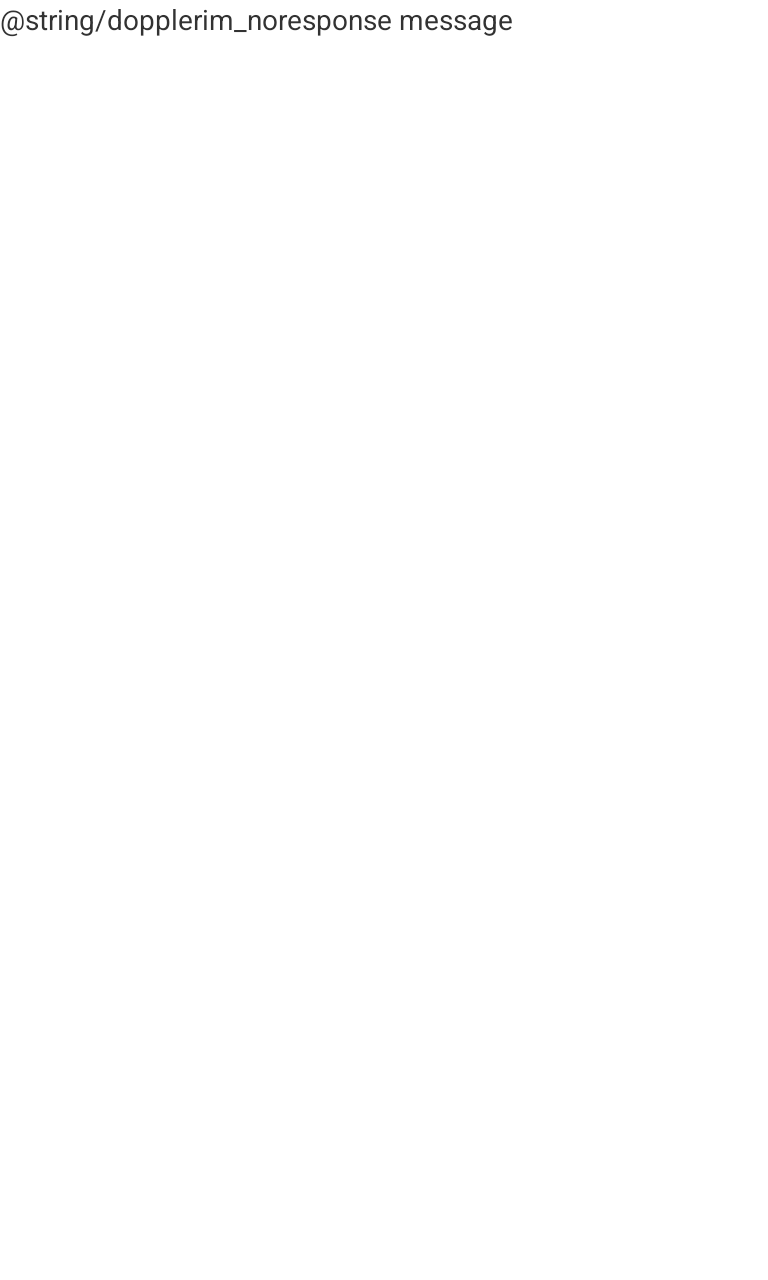
Repository: Pradeep-appstute/First
Layout: Control/res/layout/dopplerim_no_response_view.xml
An editor plug-in stored every save of this project. The layout is shown before and after the next save, followed by the edit.
It is drawn on a 768 x 1280 px phone screen (xhdpi) without system bars, with theme AppTheme; the app's code is not run.

Above is the layout before, as saved 2014-03-06 07:29:48.

### Control/res/layout/dopplerim_no_response_view.xml
<?xml version="1.0" encoding="utf-8"?>
<LinearLayout xmlns:android="http://schemas.android.com/apk/res/android"
    android:layout_width="match_parent"
    android:layout_height="match_parent"
    android:orientation="vertical" >

    <TextView
        android:layout_width="wrap_content"
        android:layout_height="wrap_content"
        android:text="@string/dopplerim_noresponse message" />

</LinearLayout>

### Control/res/values/strings.xml
<?xml version="1.0" encoding="utf-8"?>
<resources>

    <string name="app_name">ISC Control</string>
    <string name="action_settings">Settings</string>
    <string name="Login">Login</string>
    <string name="forgotusername">Forgot Username</string>
    <string name="forgotpassword">Forgot Password</string>

    <!-- AlertDialog -->
    <string name="ok">OK</string>
    <string name="yes">YES</string>
    <string name="no">NO</string>
    <!-- Slider Menu -->
    <string name="emptystring">Control</string>
    <string name="textViewListHeaderMSG">MASERGY</string>

    <!-- Submit Screen -->
    <string name="name">Name:</string>
    <string name="email">Email:</string>
    <string name="phone">Phone:</string>
    <string name="subject">Subject:</string>
    <string name="bundle">Bundle:</string>
    <string name="description">Description:</string>
    <string name="createticket">Create Tciket</string>

    <!-- Ticket Detail Screen -->
    <string name="ticketdetails_subject">Subject:</string>
    <string name="ticketdetails_submittedby">Submitted by:</string>
    <string name="ticketdetails_lastupdated">Last Updated:</string>
    <string name="ticketdetails_comments">Comments</string>
    <string name="ticketdetails_ticketsId">Ticket ID</string>
    <string name="ticketdetails_status">Status</string>
    <string name="ticketdetails_next">Next</string>
    <string name="ticketdetails_prev">Previous</string>

    <!-- Service Detail Screen -->
    <string name="servicedetails_headertitle">Select Service</string>
    <string name="servicedetails_title">Select desired bandwidth:</string>
    <string name="servicedetails_bundleid">Bundle ID:</string>
    <string name="servicedetails_services">Services:</string>
    <string name="servicedetails_site">Site:</string>
    <string name="servicedetails_bandwidth">Bandwidth:</string>
    <string name="servicedetails_contract">Contract</string>
    <string name="servicedetails_current">Current</string>
    <string name="servicedetails_changeto">Change to</string>
    <string name="servicedetails_title2">(Cannot be less than contract bandwidth)</string>
    <string name="servicedetails_back">Back</string>
    <string name="servicedetails_submit">Submit</string>

     <!-- Doppler IM Screen -->
    <string name="dopplerim_headertitle">Doppler IM</string>
    <string name="dopplerim_noresponsemessage">Masergy Doppler Infrastructure Management provides secure, robust infrastructure monitoring for your LAN and WAN environments.\n\nThis managed cloud service allows you to offload network infrastructure monitoring to Masergy so your IT department can focus on strategic initiatives.</string>
</resources>

Loaded but not shown: Control/res/values/styles.xml (common file); Control/res/values-v11/styles.xml (common file); Control/res/values-v14/styles.xml (common file)

After the next save:
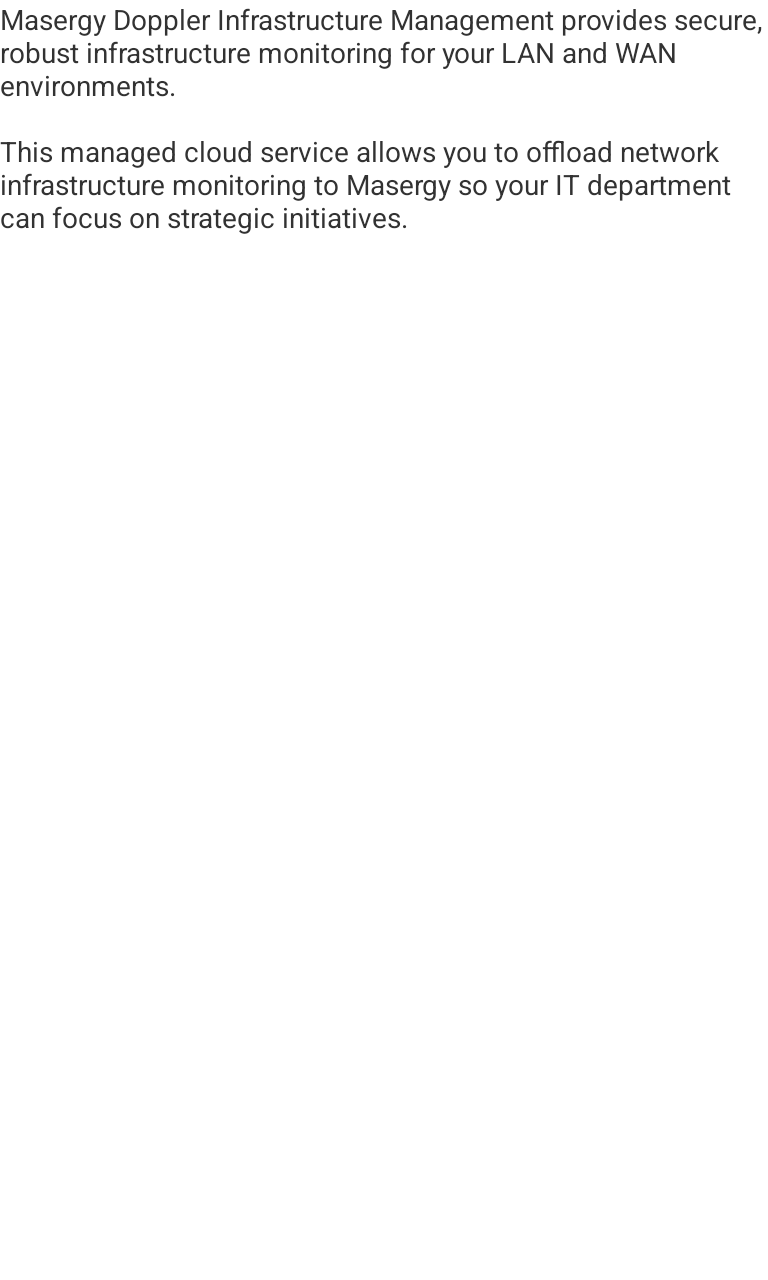
Saved 77 s later.
--- a/Control/res/layout/dopplerim_no_response_view.xml
+++ b/Control/res/layout/dopplerim_no_response_view.xml
@@ -7,6 +7,6 @@
     <TextView
         android:layout_width="wrap_content"
         android:layout_height="wrap_content"
-        android:text="@string/dopplerim_noresponse message" />
+        android:text="@string/dopplerim_noresponsemessage" />
 
 </LinearLayout>
